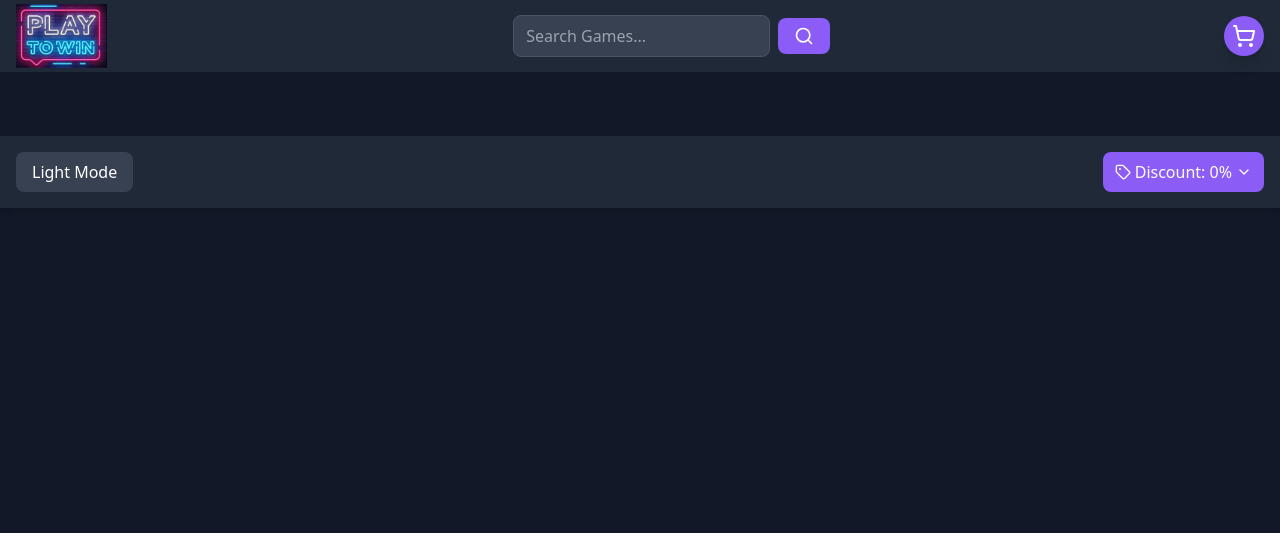
Repository: Play2Win777/P2W-Superbase
Page: /
These files come from the project's save history. The page is drawn as it stood at one moment and after the next save; the edit follows.
The browser window is 1280 px wide. The pictures show the whole page.
The page's requests for data from a server got no answer. The project was rebuilt for these pictures with package versions that can differ from the ones it lists, and the page was loaded fresh each time. No one was signed in, and anything a server would have sent is missing. Also part of the build but not shown: vite.config.ts, src/components/Filters.tsx, src/components/GameCard.tsx, src/components/FlashSaleBadge.tsx, src/pages/GameDetails.tsx, src/pages/Checkout.tsx, src/pages/FlashSalePage.tsx.

Above is the page before, as saved 2025-03-17 16:49:12.

After the next save:
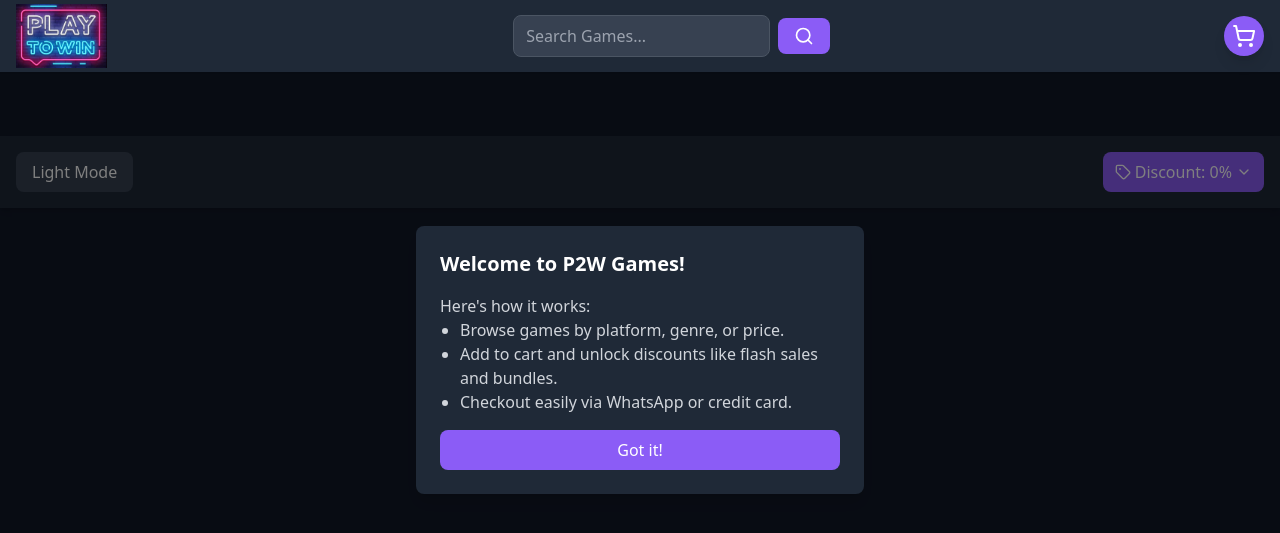
Saved 6 min 59 s later.
--- a/src/App.tsx
+++ b/src/App.tsx
@@ -13,6 +13,39 @@ import { FlashSalePage } from './pages/FlashSalePage';
 import { DiscountPopup } from './components/DiscountPopup';
 import { ThemeContext } from './context/ThemeContext';
 
+// IntroModal Component
+const IntroModal = () => {
+  const [isOpen, setIsOpen] = useState(!localStorage.getItem('hasSeenIntro'));
+
+  const closeModal = () => {
+    setIsOpen(false);
+    localStorage.setItem('hasSeenIntro', 'true');
+  };
+
+  if (!isOpen) return null;
+
+  return (
+    <div className="fixed inset-0 bg-black/50 flex items-center justify-center p-4 z-50">
+      <div className="bg-white dark:bg-gray-800 p-6 rounded-lg max-w-md shadow-lg">
+        <h2 className="text-xl font-bold mb-4 dark:text-white">Welcome to P2W Games!</h2>
+        <p className="text-gray-700 dark:text-gray-300 mb-4">
+          Here's how it works:
+          <ul className="list-disc pl-5">
+            <li>Browse games by platform, genre, or price.</li>
+            <li>Add to cart and unlock discounts like flash sales and bundles.</li>
+            <li>Checkout easily via WhatsApp or credit card.</li>
+          </ul>
+        </p>
+        <button
+          onClick={closeModal}
+          className="w-full bg-purple-500 text-white px-4 py-2 rounded-lg hover:bg-purple-600 transition-colors"
+        >
+          Got it!
+        </button>
+      </div>
+    </div>
+  );
+};
 
 // SEARCH BAR COMPONENT
 const SearchBar = () => {
@@ -179,6 +212,8 @@ function App() {
     <ThemeContext.Provider value={themeValue}>
       <Router>
         <div className={`min-h-screen ${darkMode ? 'bg-gray-900' : 'bg-gray-50'}`}>
+          {/* Add IntroModal here */}
+          <IntroModal />
           <header className="bg-white dark:bg-gray-800 shadow-sm sticky top-0 z-50">
             <div className="container mx-auto px-4 py-1">
               <div className="flex justify-between items-center">
